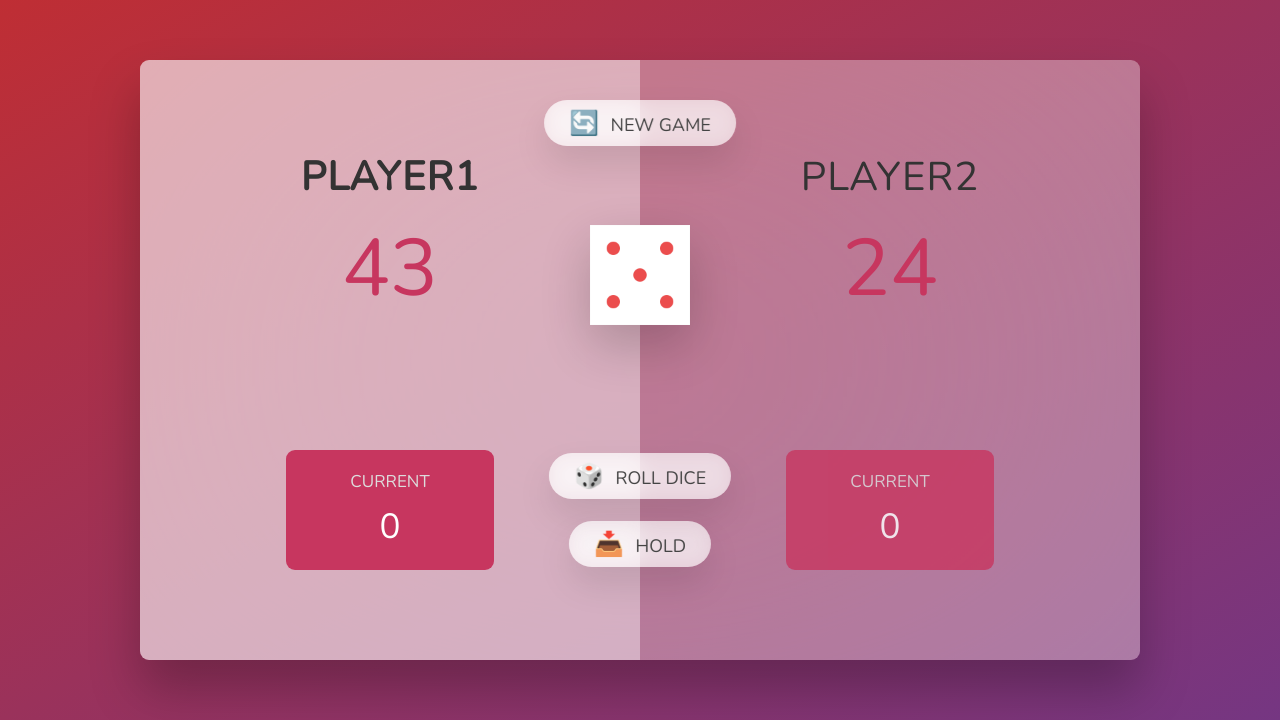
Repository: otvertka/jsc_07
Page: index.html
An editor plug-in stored every save of this project. The page is shown before and after the next save, followed by the edit.
The browser window is 1280 px wide. The pictures show the whole page.

Above is the page before, as saved 2022-12-24 13:29:10.

After the next save:
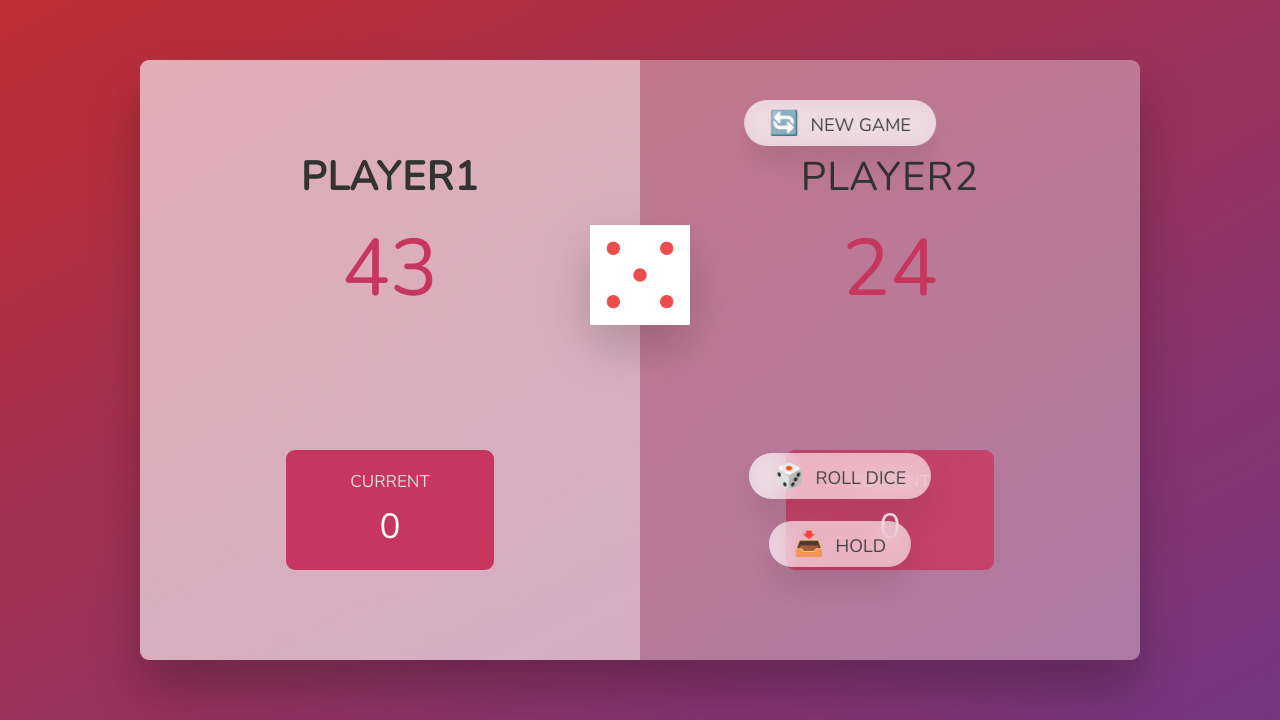
Saved 8 min 49 s later.
--- a/style.css
+++ b/style.css
@@ -102,7 +102,7 @@
 /* ABSOLUTE POSITIONED ELEMENTS */
 .btn {
   position: absolute;
-  left: 50%;
+  left: 70%;
   transform: translateX(-50%);
   color: #444;
   background: none;

After the save that followed:
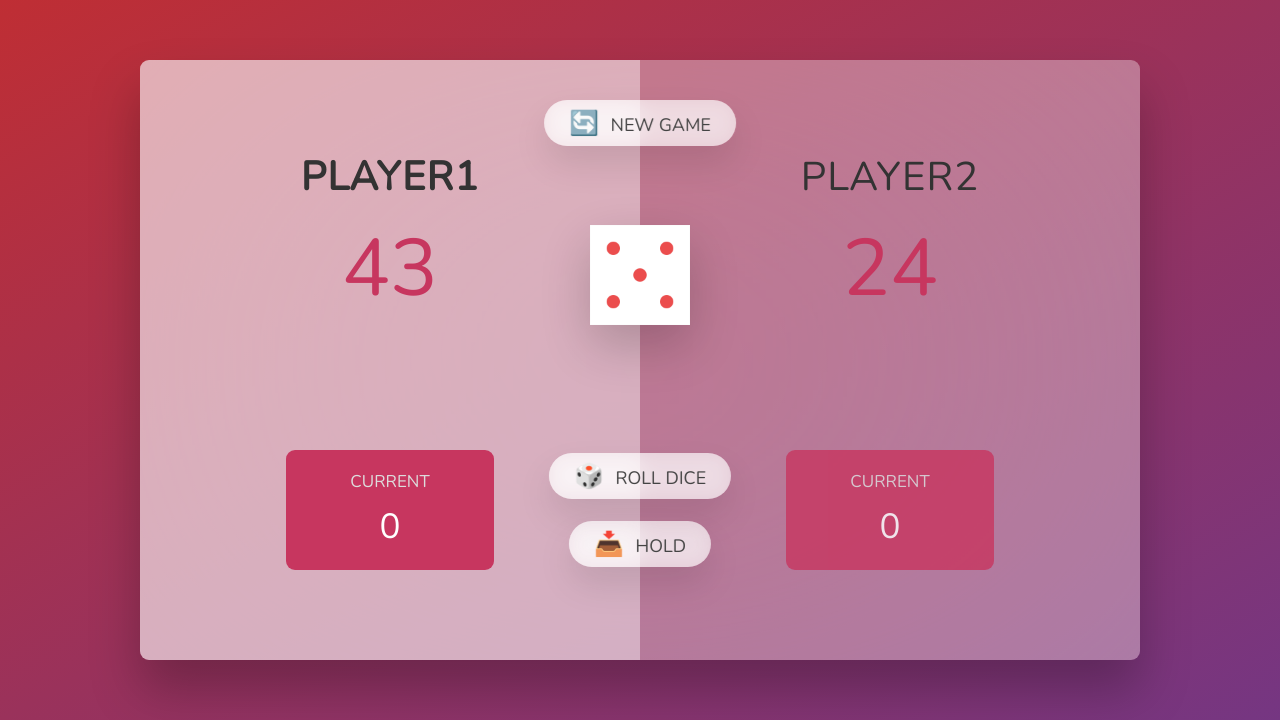
Saved 6 s later.
--- a/style.css
+++ b/style.css
@@ -102,7 +102,7 @@
 /* ABSOLUTE POSITIONED ELEMENTS */
 .btn {
   position: absolute;
-  left: 70%;
+  left: 50%;
   transform: translateX(-50%);
   color: #444;
   background: none;
